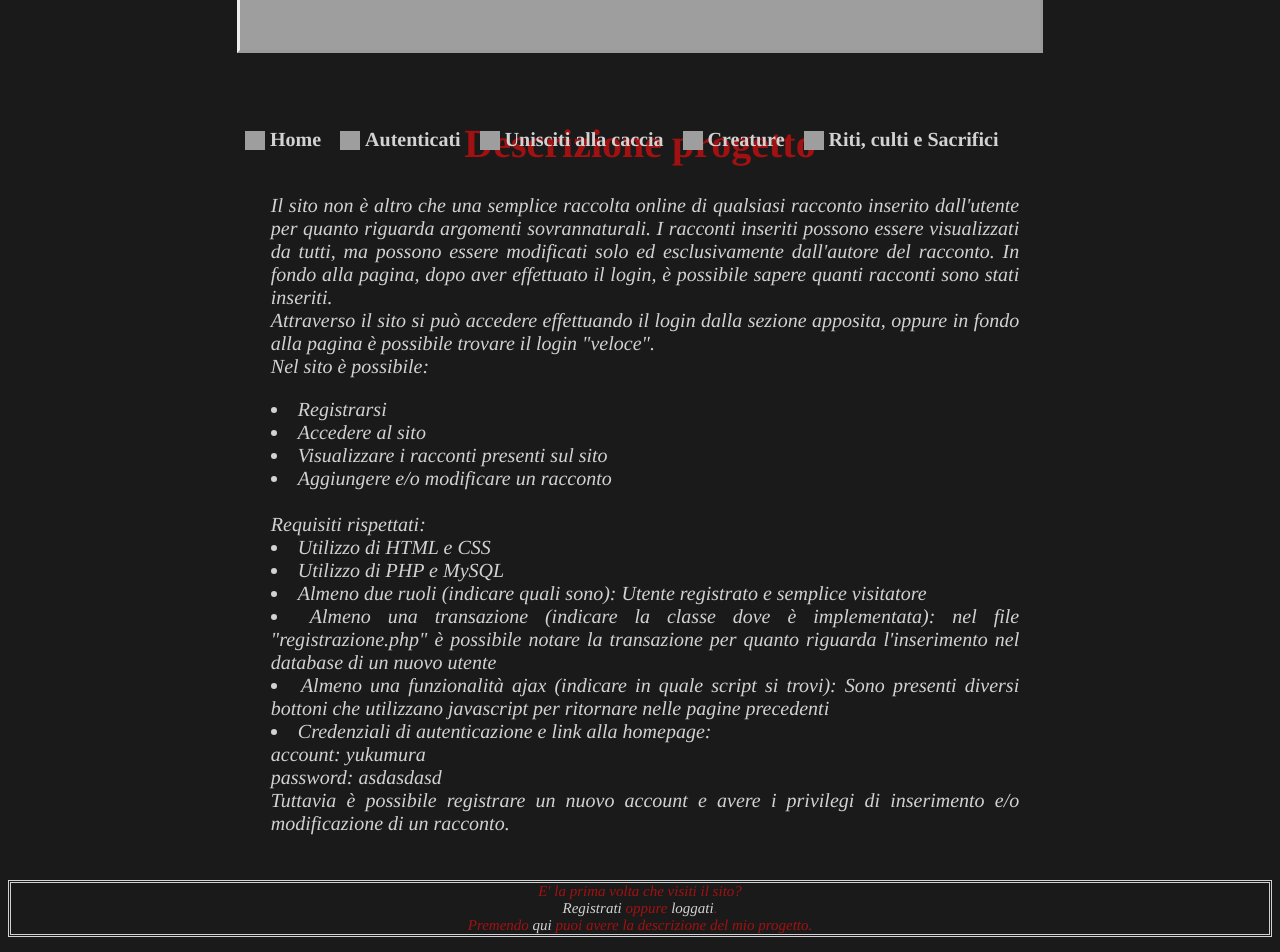
Repository: yukumura/yukumura-s-project
Page: http://localhost/descrizione.php
The author's editor kept a record of every edit. The page is drawn from the files as they stood at one moment, then again after the next edit.
The browser window is 1280 px wide. The pictures show the part of the page from y = 183 to 1135 px (the page is 1135 px tall before and 1112 px after).
Pictures or frames that could not be fetched are drawn as grey boxes. The page is run by PHP 8.4 with error messages shown; the project is at /var/www/html/.

Above is the page before.

After the next edit:
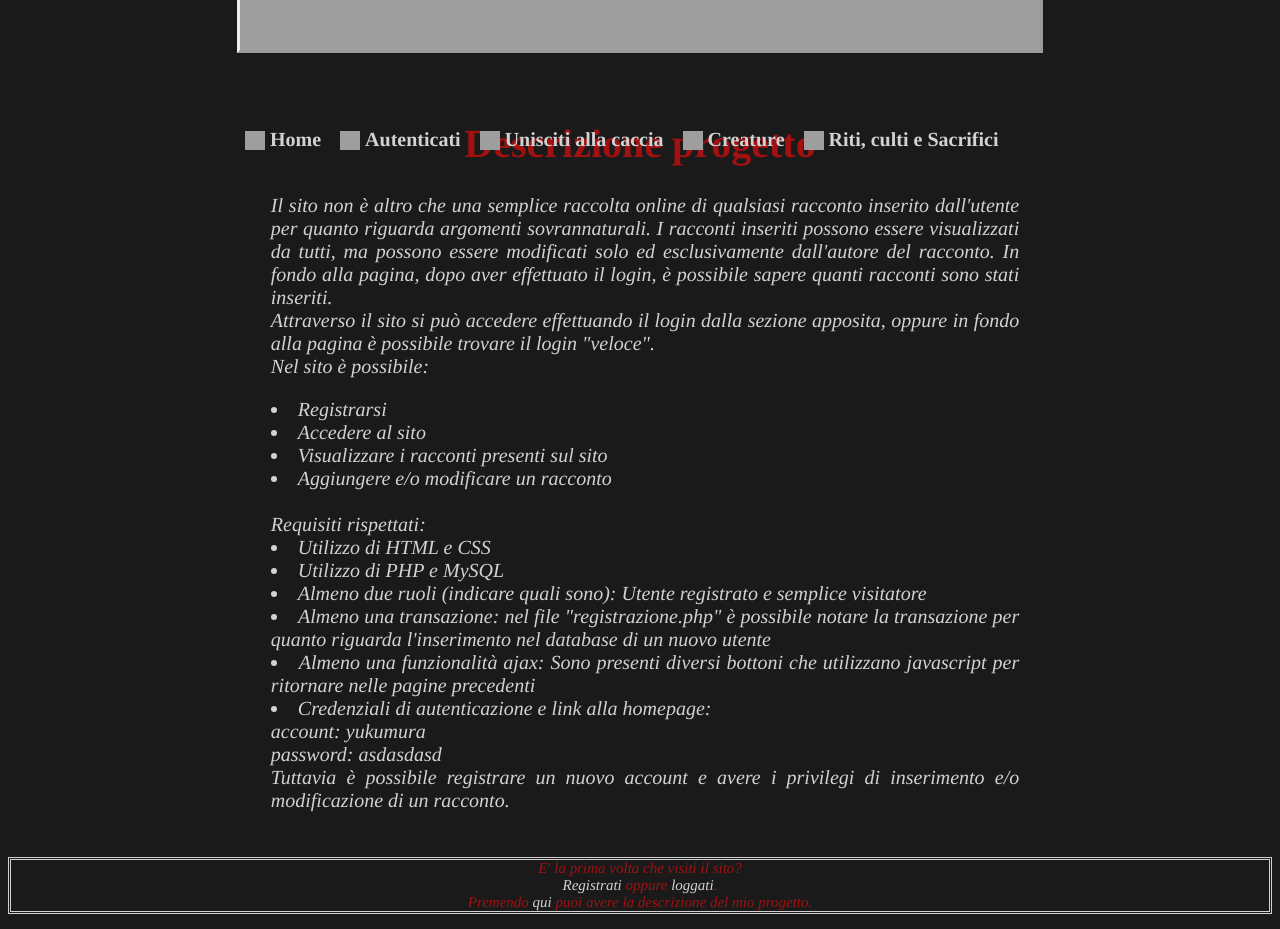
The edit:
--- a/descrizione.php
+++ b/descrizione.php
@@ -38,8 +38,8 @@
     <li>Utilizzo di HTML e CSS</li>
     <li>Utilizzo di PHP e MySQL</li>
     <li>Almeno due ruoli (indicare quali sono): Utente registrato e semplice visitatore</li>
-    <li>Almeno una transazione (indicare la classe dove è implementata): nel file "registrazione.php" è possibile notare la transazione per quanto riguarda l'inserimento nel database di un nuovo utente</li>
-    <li>Almeno una funzionalità ajax (indicare in quale script si trovi): Sono presenti diversi bottoni che utilizzano javascript per ritornare nelle pagine precedenti</li>
+    <li>Almeno una transazione: nel file "registrazione.php" è possibile notare la transazione per quanto riguarda l'inserimento nel database di un nuovo utente</li>
+    <li>Almeno una funzionalità ajax: Sono presenti diversi bottoni che utilizzano javascript per ritornare nelle pagine precedenti</li>
     <li>Credenziali di autenticazione e link alla homepage:<br> account: yukumura<br>password: asdasdasd<br>Tuttavia è possibile registrare un nuovo account e avere i privilegi di inserimento e/o modificazione di un racconto.</li></div>
     </div>
     </div>
